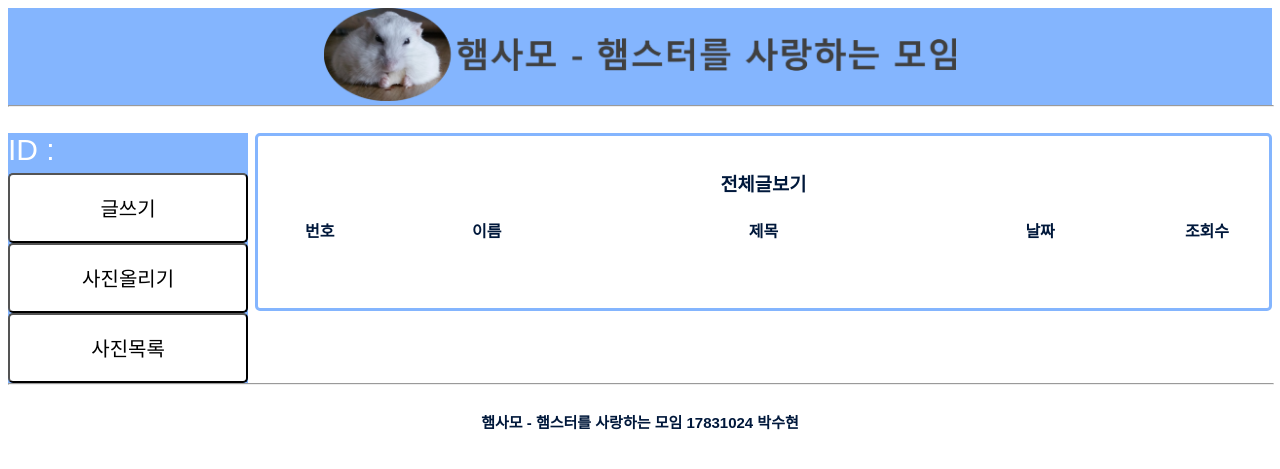
Repository: hyun5292/school
Page: http://localhost/HamSaMo/WEB-INF/views/list.jsp
An editor plug-in stored every save of this project. The page is shown before and after the next save, followed by the edit.
The browser window is 1280 px wide. The pictures show the whole page.
The page is served by Tomcat 9. Nobody is signed in. The template is opened directly, without the code that normally fills it, so the values that code supplies are empty.

Above is the page before, as saved 2019-12-08 18:17:36.

After the next save:
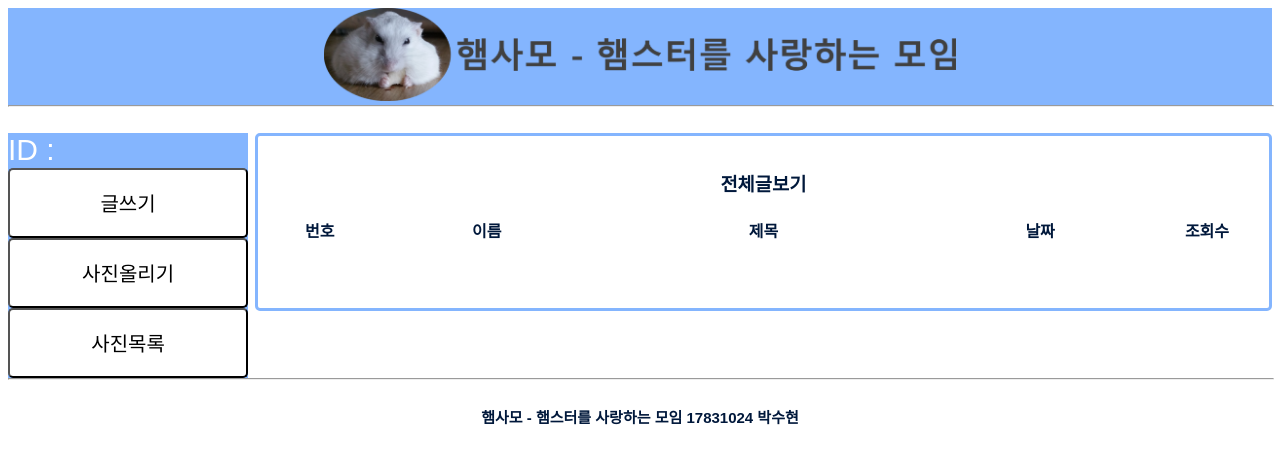
Saved 12 s later.
--- a/spring/HamSaMo/HamSaMo/src/main/webapp/WEB-INF/views/list.jsp
+++ b/spring/HamSaMo/HamSaMo/src/main/webapp/WEB-INF/views/list.jsp
@@ -36,7 +36,7 @@
 	background-color: #84b5fe;
 	float: left;
 	width: 100%;
-	height: 40px;
+	height: 35px;
 	font-size: 30px;
 	border-radius: 5px;
 }
